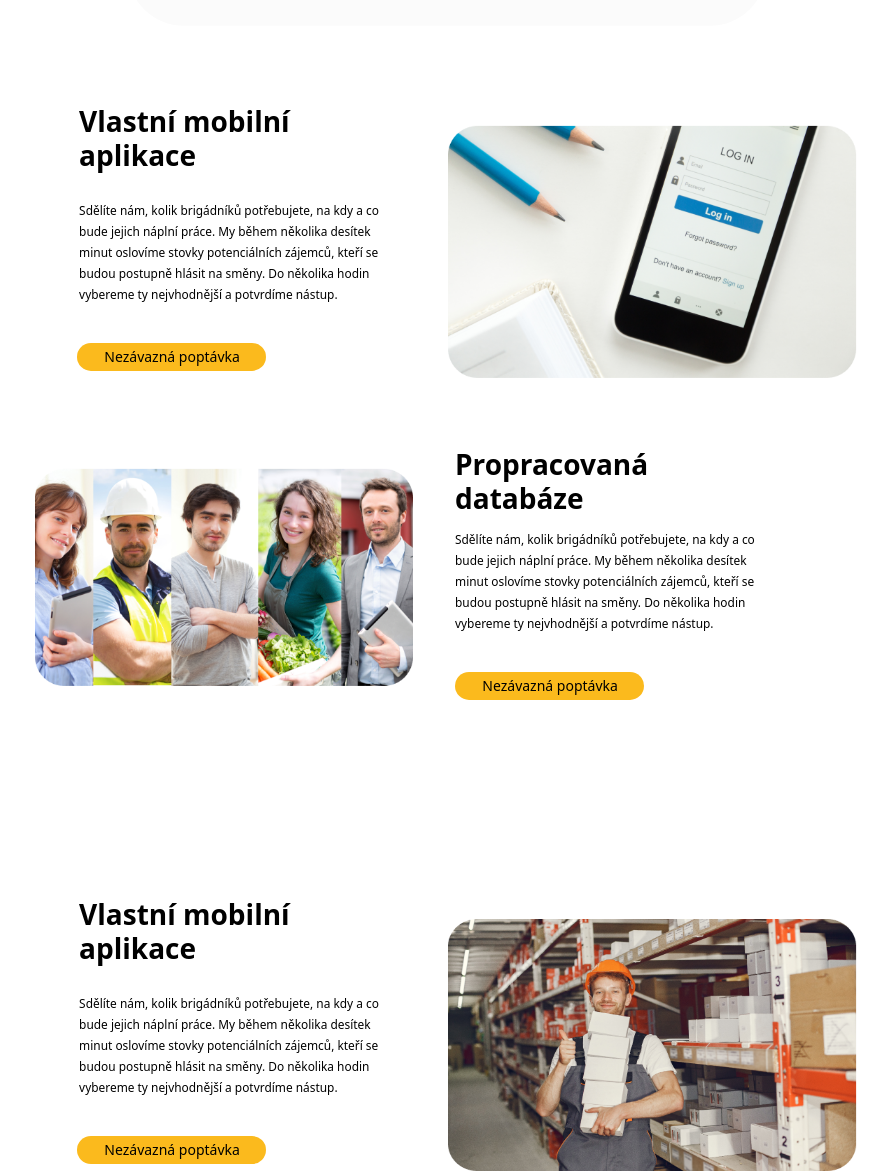
Repository: bilday08/aulinks
Page: index.html
The author's editor kept a copy of each file at every save. The page is drawn from the files as they stood at one save, then again after the next save.
The browser window is 1280 px wide. The pictures show the part of the page from y = 1207 to 3127 px (the page is 2880 px tall before and 3127 px after), at 70% of full size.
Some web fonts or font styles are not loaded; a fallback is used.

Above is the page before, as saved 2022-12-07 15:53:00.

### index.html
<!DOCTYPE html>
<html lang="en">
<head>
    <meta charset="UTF-8">
    <meta http-equiv="X-UA-Compatible" content="IE=edge">
    <meta name="viewport" content="width=device-width, initial-scale=1.0">
    <title>Aulinks</title>
    <link rel="stylesheet" href="./reset.css">
    <link rel="stylesheet" href="./style.css">
    <link
    rel="stylesheet"
    href="https://cdnjs.cloudflare.com/ajax/libs/font-awesome/6.2.0/css/all.min.css"
    integrity="sha512-xh6O/CkQoPOWDdYTDqeRdPCVd1SpvCA9XXcUnZS2FmJNp1coAFzvtCN9BmamE+4aHK8yyUHUSCcJHgXloTyT2A=="
    crossorigin="anonymous"
    referrerpolicy="no-referrer" />
    <link
    href="https://cdn.jsdelivr.net/npm/bootstrap@5.2.1/dist/css/bootstrap.min.css"
    rel="stylesheet"
    integrity="sha384-iYQeCzEYFbKjA/T2uDLTpkwGzCiq6soy8tYaI1GyVh/UjpbCx/TYkiZhlZB6+fzT"
    crossorigin="anonymous">
    <script
    src="https://cdn.jsdelivr.net/npm/bootstrap@5.2.1/dist/js/bootstrap.bundle.min.js"
    integrity="sha384-u1OknCvxWvY5kfmNBILK2hRnQC3Pr17a+RTT6rIHI7NnikvbZlHgTPOOmMi466C8"
    crossorigin="anonymous">
    </script>
    <link rel="preconnect" href="https://fonts.googleapis.com">
    <link rel="preconnect" href="https://fonts.gstatic.com" crossorigin>
    <link
    href="https://fonts.googleapis.com/css2?family=Inter+Tight:ital,wght@0,100;0,200;0,300;0,400;0,500;0,600;0,700;0,800;0,900;1,200;1,300;1,400;1,500;1,600;1,700;1,800;1,900&family=Inter:wght@100;200;300;400;500;600;700;800;900&display=swap"
    rel="stylesheet">
</head>
<body>
    <div class="wrapper">
        <header class="header">
            <div class="container_fluid_header">
                <div class="header__logo">
                    <img class="logo_images" src="./images/Header/logo.png" alt="logo"/>
                    <img class="logo_text" src="./images/Header/logotext.png" alt="logo"/>
                </div>
                <div class="header__contact">
                    <img class="contact_images" src="./images/Header/contact.png" alt="contact">
                </div>
                <div class="header__text">
                    <span class="text_name">Zavolejte nám:</span>
                    <span class="text_number">+420 607 205 862</span>
                </div>
                <div class="header__button">
                    <a href="#" class="button_name">Zavolejte nám:</a>
                </div>
                <div class="herder__button_white">
                    <a href="#" class="button_name_white">O nas</a>
                    <a href="#" class="button_name_white">Naši partneři</a>
                    <a href="#" class="button_name_white button_name_yellow">Služby</a>
                    <a href="#" class="button_name_white">Kontakty</a>
                </div>
            </div>
        </header>
    </div>
    <main>
        <div class="container_fluid_main">
            <div class="main__top_br">
                <img
                src="./images/Main/Rectangle 8 (9).png"
                alt="#" class="main_top_header"/>
                <h1 class="main_text">Pracovití brigádníci do druhého dne</h1>
                <p class="main_content">
                    Sdělíte nám, kolik brigádníků potřebujete,
                    na kdy a co bude jejich náplní práce. My během několika
                    desítek minut oslovíme stovky potenciálních zájemců, kteří
                    se budou postupně hlásit na směny. Do několika hodin vybereme
                    ty nejvhodnější a potvrdíme nástup.
                </p>
                <a href="#" class="main_button">Nezávazná poptávka</a>
            </div>
            <div class="main_center">
                <a href="#" class="center_button">
                    <div class="button__first">
                        <span class="button_number">150+</span>
                        <span class="button_number">>30%</span>
                        <span class="button_number">13</span>
                    </div>
                    <div class="button__second">
                        <span class="button_text">Nástupů denně</span>
                        <span class="button_text text_second">Fluktuace</span>
                        <span class="button_text text_thrid">Měst</span>
                    </div>
                </a>
            </div>
        </div>
        <section class="service">
            <div class="service_item">
                <div class="service_content">
                    <h2 class="main_text global_heading">Vlastní mobilní aplikace</h2>
                    <div class="main_content global_text">
                        Sdělíte nám, kolik brigádníků potřebujete, na kdy a co bude jejich náplní práce.
                        My během několika desítek minut oslovíme stovky potenciálních zájemců,
                        kteří se budou postupně hlásit na směny. Do několika hodin vybereme ty nejvhodnější
                        a potvrdíme nástup.
                    </div>
                    <a href="#" class="main_button global_button">Nezávazná poptávka</a>
                </div>
                <div class="service_images">
                    <img src="./images/Main/imgmain1.png" alt="#" class="service_images_right"/>
                </div>
            </div>
            <div class="service_item">
                <div class="service_content">
                    <h2 class="main_text global_heading_left">Propracovaná databáze</h2>
                    <div class="main_content global_text_left">
                        Sdělíte nám, kolik brigádníků potřebujete, na kdy a co bude jejich náplní práce.
                        My během několika desítek minut oslovíme stovky potenciálních zájemců,
                        kteří se budou postupně hlásit na směny. Do několika hodin vybereme ty nejvhodnější
                        a potvrdíme nástup.
                    </div>
                    <a href="#" class="main_button global_button_left">Nezávazná poptávka</a>
                </div>
                <div class="service_images">
                    <img src="./images/Main/imgmain2.png" alt="#" class="service_images_left"/>
                </div>
            </div>
            <div class="service_item">
                <div class="service_content">
                    <h2 class="main_text global_heading service_margin">Vlastní mobilní aplikace</h2>
                    <div class="main_content global_text">
                        Sdělíte nám, kolik brigádníků potřebujete, na kdy a co bude jejich náplní práce.
                        My během několika desítek minut oslovíme stovky potenciálních zájemců,
                        kteří se budou postupně hlásit na směny. Do několika hodin vybereme ty nejvhodnější
                        a potvrdíme nástup.
                    </div>
                    <a href="#" class="main_button global_button">Nezávazná poptávka</a>
                </div>
                <div class="service_images">
                    <img src="./images/Main/imgmain3.png" alt="#" class="service_images_right service_margin"/>
                </div>
            </div>
        </section>
    </main>
</body>
</html>

### style.css
html{
    font-size: 62.5%;
    /* 1rem=10px; */
}
* {
    box-sizing: border-box;
}
body{
    font-family: 'Inter Tight', sans-serif;
}
.container_fluid_header{
    max-width: 100%;
    height: 36rem;
    background-image: url(./images/Header/Rectangle\ 8\ \(10\).png);
    background-repeat: no-repeat;
    background-size: auto;
}
/* .header__logo{
    margin-top: 6rem;
} */
.logo_images{
    margin-left: 11.4rem;
    margin-top: 2rem;
    width: 7.8rem;
    height: 7.1rem;
}
.logo_text{
    margin-top: 2rem;
}
.contact_images{
    margin-left: 40rem;
    margin-top: -7rem;
    width: 30.8rem;
    height: 8.1rem;
}
.header__text{
    margin-left: 80rem;
    margin-top: -8rem;
}
.text_name{
    display: block;
    width: 14.5rem;
    height: 3rem;
    font-family: 'Inter Tight';
    font-weight: 400;
    font-size: 20px;
    line-height: 24px;
    color: black;
}
.text_number{
    color: #FBBA1D;
    width: 18.5rem;
    height: 2.4rem;
    font-family: 'Inter Tight';
    font-style: normal;
    font-weight: 700;
    font-size: 20px;
    line-height: 24px;
}
.header__button{
    margin-left: 110rem;
    margin-top: -4rem;
}
.button_name{
    text-align: center;
    text-decoration: none;
    padding: 0.8rem 3.9rem;
    color: black;
    background-color: #FBBA1D;
    width: 22.3rem;
    height: 4.1rem;
    font-weight: 400;
    font-size: 20px;
    line-height: 24px;
    border-radius: 30px;
}
.herder__button_white{
    margin-top: 8rem;
    margin-left: 11.4rem;
}
.button_name_white{
    text-decoration: none;
    text-align: center;
    color: black;
    background-color: white;
    padding: 0.7rem 3.5rem;
    width: 19rem;
    height: 4rem;
    font-weight: 400;
    font-size: 20px;
    line-height: 24px;
    border-radius: 30px;
    border: 1px solid #000000;
    margin-left: 2rem;
}
.button_name_yellow{
    background-color: #FBBA1D;
}
.main_top_header{
    max-width: 100%;
    object-fit: contain;
    margin-left: 0;
}
.container_fluid_main{
    max-width: 100%;
    height: 79.4rem;
    background-image: url(./images/Main/brmain.png);
    object-fit: cover;
    margin-top: -10em;
}
.main_text{
    width: 42.7rem;
    height: 9.6rem;
    font-weight: 600;
    font-size: 40px;
    line-height: 48px;
    color: #000000;
    margin-left: 65rem;
    margin-top: 8rem;
}
.main_content{
    width: 53.5rem;
    height: 12rem;
    font-weight: 400;
    font-size: 17px;
    line-height: 30px;
    color: #000000;
    margin-top: 2.8rem;
    margin-left: 65rem;
}
.main_button{
    text-decoration: none;
    text-align: center;
    display: block;
    padding: 8px 39px;
    color: black;
    background-color: #FBBA1D;
    width: 27rem;
    height: 4rem;
    font-weight: 400;
    font-size: 20px;
    line-height: 24px;
    border-radius: 30px;
    margin-top: 4.3rem;
    margin-left: 65rem;
    white-space: nowrap;
}
.center_button{
    text-decoration: none;
    max-width: 109rem;
    height: 31.3rem;
    background-color:#FBFBFB;
    border-radius: 81px;
    display: block;
    margin-top: 16.5rem;
    margin-left: 18.2rem;
    margin-right: 18.5rem;
    padding-top: 7.8rem;
}
.button_number{
    display: inline-block;
    font-weight: 600;
    font-size: 100px;
    line-height: 121px;
    color: #646464;
    margin-left: 8rem;
}
.button__first .button__second{
    display: inline;
}
.button_text{
    width: 24rem;
    height: 3.3rem;
    display: inline;
    font-weight: 400;
    font-size: 30px;
    line-height: 30px;
    color: #000000;
    margin-left: 8rem;
}
.text_second{
    margin-left: 15rem;
}
.text_thrid{
    margin-left: 14rem;
}
.global_heading{
    max-width: 41.8rem;
    height: 95px;
    margin-top: 30.3rem;
    margin-left: 11.3rem;
}
.global_text{
    max-width: 43.2rem;
    height: 18.9rem;
    margin-left: 11.3rem;
    margin-top: 4.1rem;
}
.global_button{
    margin-left: 11rem;
    margin-top: 1.5rem;
}
.service_images_right{
    width: 58.3rem;
    height: 36rem;
    display: block;
    margin-top: -35rem;
    margin-left: 64rem;
}
.service_images_left{
    width: 54rem;
    height: 31rem;
    display: block;
    margin-top: -33rem;
    margin-left: 5rem;
}
.global_text_left{
    max-width: 43.2rem;
    height: 18.9rem;
    margin-top: 2rem;
}
.global_button_left{
    margin-top: 1.5rem;
}
.global_heading_left{
    margin-top: 10rem;
}

Loaded but not shown: reset.css (common file)

After the next save:
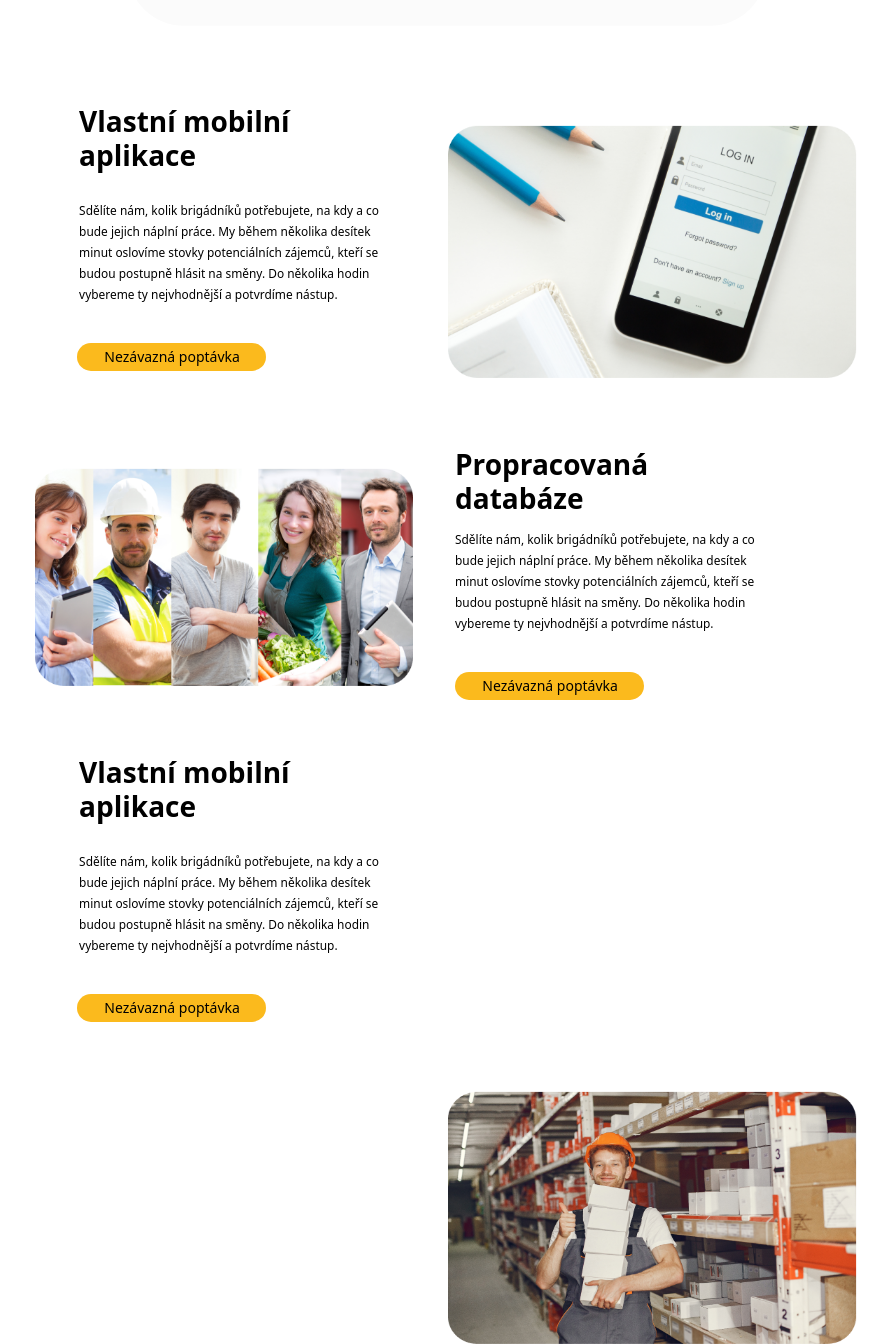
Saved 40 s later.
--- a/style.css
+++ b/style.css
@@ -225,3 +225,6 @@
 .global_heading_left{
     margin-top: 10rem;
 }
+.service_margin{
+    margin-top: 10rem;
+}
